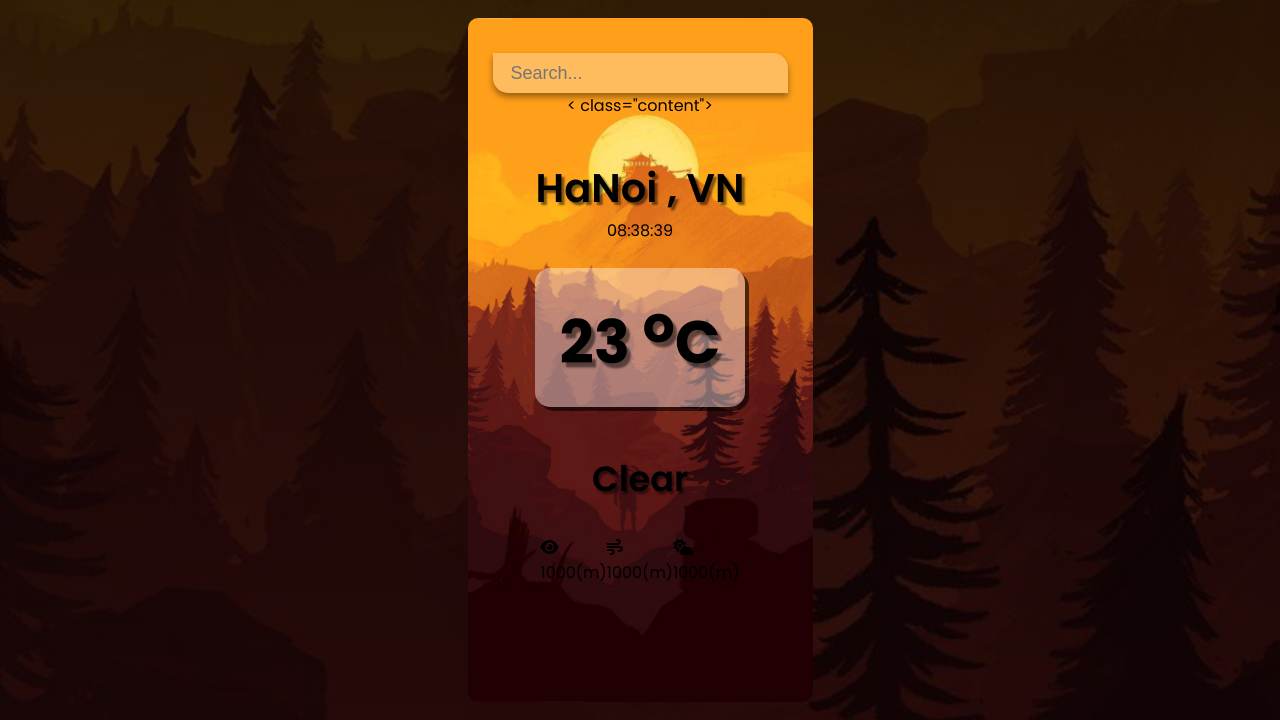
Repository: NguyenDuc-Huy/API_WEATHER
Page: index.html
These files come from the project's save history. The page is drawn as it stood at one moment and after the next save; the edit follows.
The browser window is 1280 px wide. The pictures show the whole page.
Some web libraries are served in a nearby version.

Above is the page before, as saved 2022-04-10 16:21:08.
Console error: SyntaxError: Unexpected token '}'

After the next save:
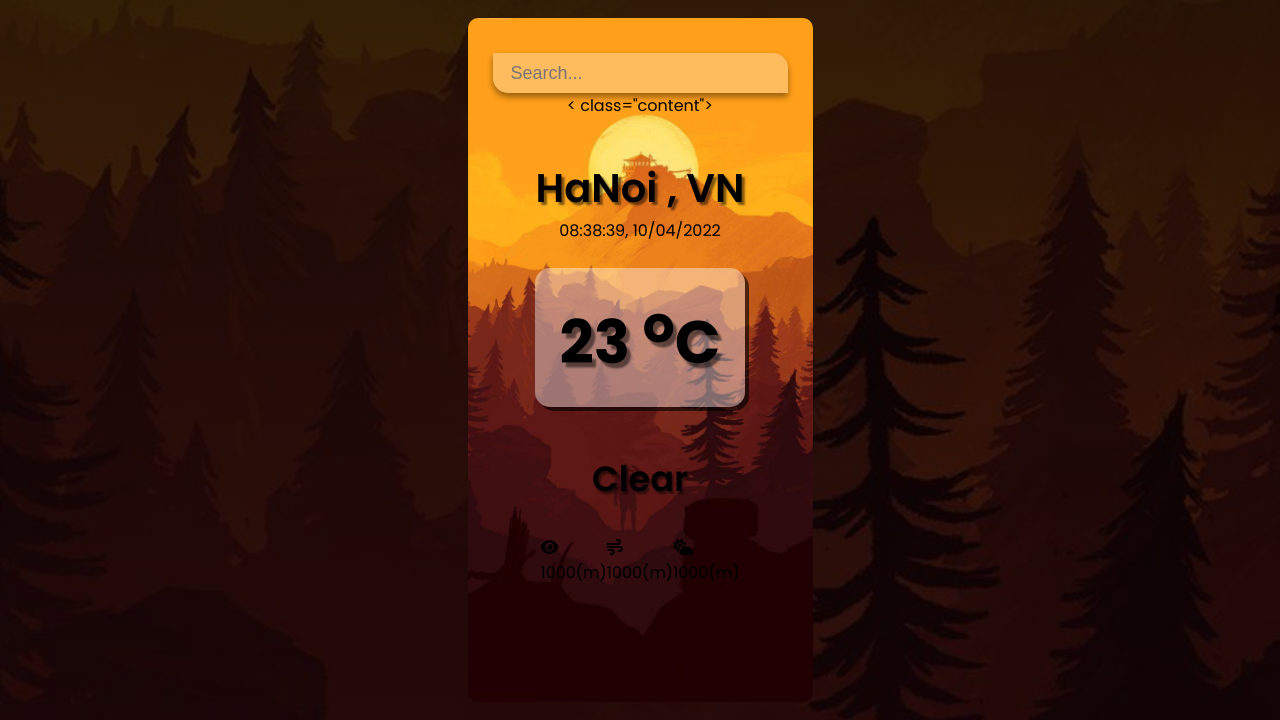
Saved 32 s later.
--- a/index.html
+++ b/index.html
@@ -24,8 +24,7 @@
                 <span class="country">VN</span>
             </div>
 
-            <p class="time">08:38:39</p>
-
+            <p class="time">08:38:39, 10/04/2022</p>
 
             <div class="temperature">
                 <span class="no">23</span>
